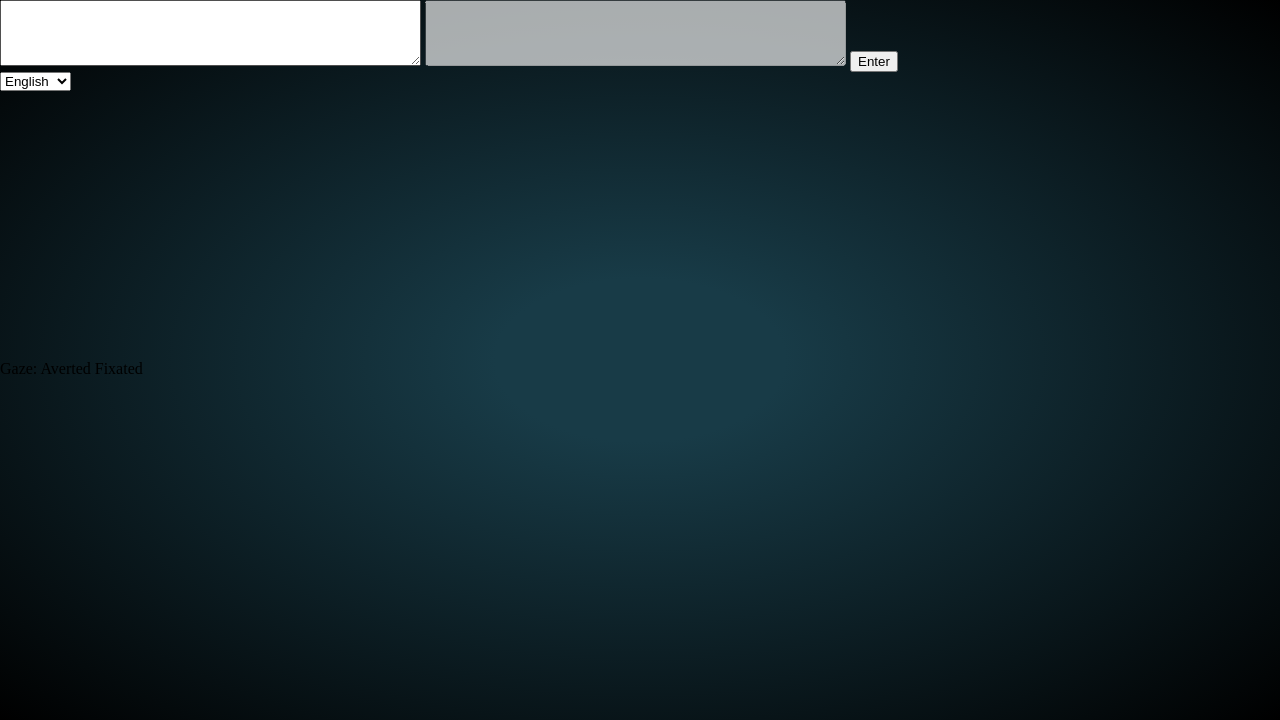
Repository: JigsRes/CS625-Artificial-Intelligence
Page: AI Project 4 ChatBot/workspace/chatbot.html
The author's editor kept a record of every edit. The page is drawn from the files as they stood at one moment, then again after the next edit.
The browser window is 1280 px wide. The pictures show the whole page.
The page's requests for data from a server got no answer.

Above is the page before.

After the next edit:
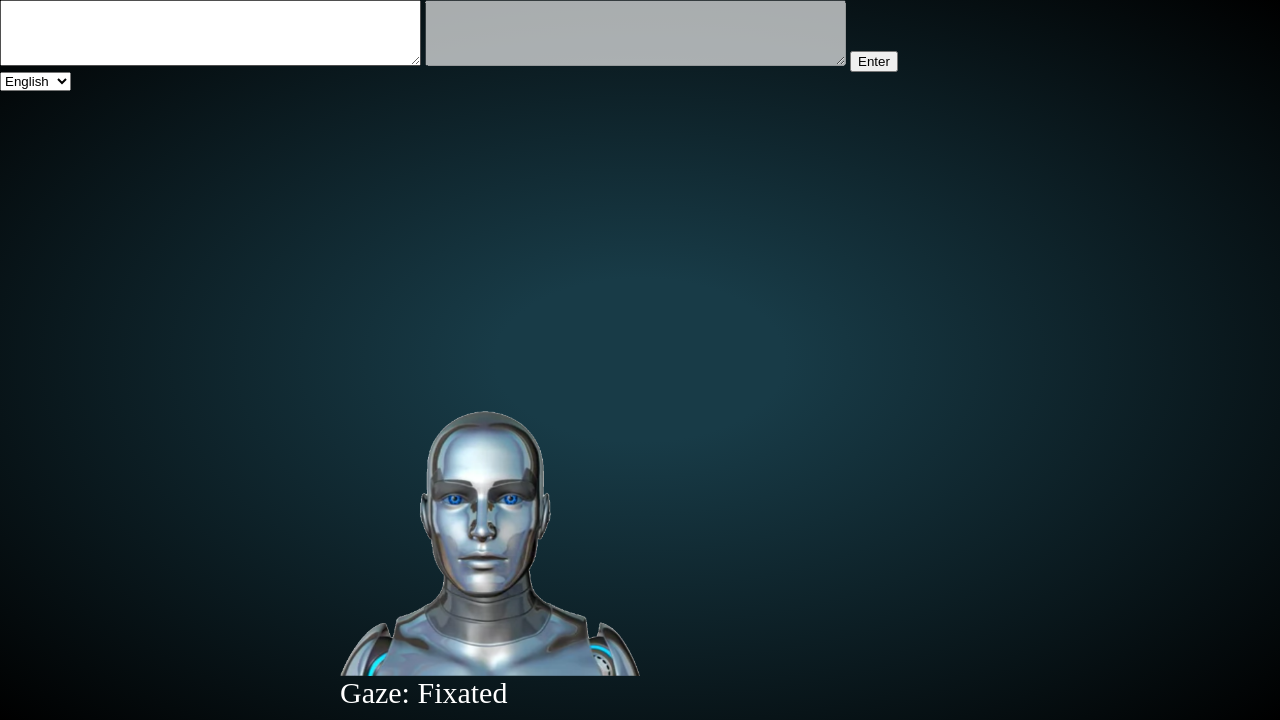
The edit:
--- a/AI Project 4 ChatBot/workspace/styles.css
+++ b/AI Project 4 ChatBot/workspace/styles.css
@@ -12,25 +12,25 @@
     filter: progid:DXImageTransform.Microsoft.gradient( startColorstr='#183b47', endColorstr='#000000',GradientType=1 ); /* IE6-9 fallback on horizontal gradient */
 }
 
-.legend {
+.gazelegend {
     position: absolute;
     left: 340px;
     bottom: 10px;
-    width: 300px;
+    width: 600px;
     font-size: 30px;
     color: #fff;
 }
-.legend:not(.fixated) .fixated {
+.gazelegend:not(.fixated) .fixated {
     display: none;
 }
-.legend.fixated .averted {
+.gazelegend.fixated .averted {
     display: none;
 }
-.legend:not(.fixated) .gazeImg {
+.gazelegend:not(.fixated) .gazeImg {
     background: url("away.png") center center no-repeat;
     background-size: 100%;
 }
-.legend.fixated .gazeImg {
+.gazelegend.fixated .gazeImg {
     background: url("fixated.png") center center no-repeat;
     background-size: 100%;
 }
